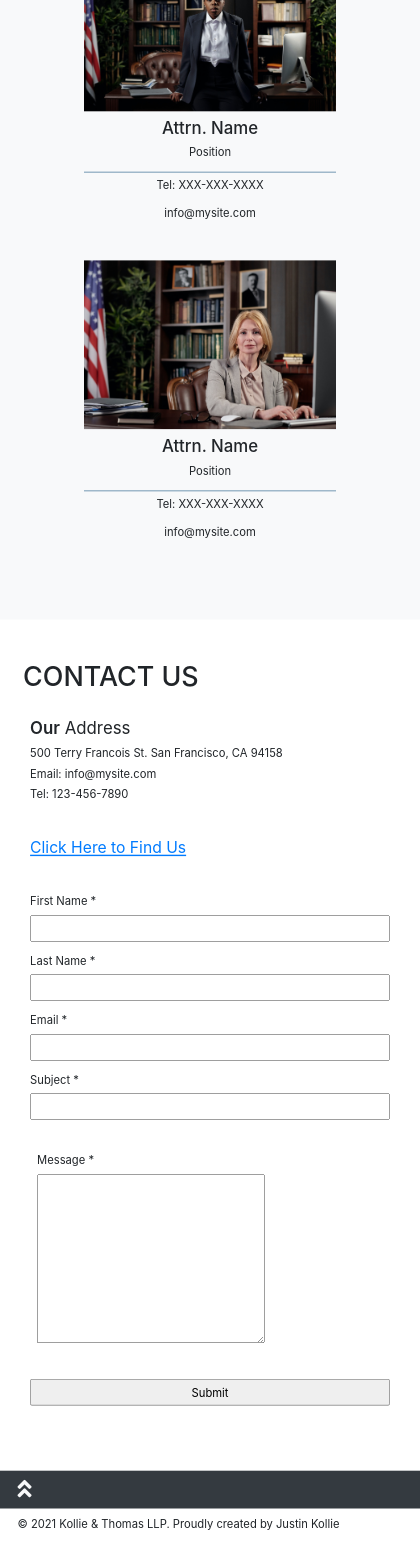
Repository: just-mann/kolllie-kolliellp
Page: index.html
The author's editor kept a copy of each file at every save. The page is drawn from the files as they stood at one save, then again after a run of saves.
The browser window is 600 px wide. The pictures show the part of the page from y = 3810 to 6050 px (the page is 6025 px tall before and 6050 px after), at 70% of full size.

Above is the page before, as saved 2021-06-02 01:06:05.

### index.html
<!DOCTYPE html>
<html lang="en">
<head>
    <meta charset="UTF-8">
    <meta name="viewport" content="width=device-width, initial-scale=1.0">
    <meta http-equiv="X-UA-Compatible" content="ie=edge">
    <meta name="Description" content="Enter your description here"/>
    <!-- Font Awesome Icons -->
    <link rel="stylesheet" href="https://cdnjs.cloudflare.com/ajax/libs/font-awesome/5.15.3/css/all.min.css" referrerpolicy="no-referrer" />
    <link rel="stylesheet" href="https://cdnjs.cloudflare.com/ajax/libs/twitter-bootstrap/4.6.0/css/bootstrap.min.css">
    <link rel="stylesheet" href="https://cdnjs.cloudflare.com/ajax/libs/font-awesome/5.15.2/css/all.min.css">
    <link rel="stylesheet" href="assets/css/utilities.css">
    <link rel="stylesheet" href="assets/css/style.css">
    <title>Kollie & Thomas LLP</title>
</head>
<body>
    <nav class="myNavbar">
        <div class="myContainer">
            <a href="#" class="myLogo"><h3>Kollie & Thomas LLP</h3></a>
            <div class="links">
                <a href="#">Home</a>
                <a href="#practiceArea">Practice Area</a>
                <a href="#ourVision">Our Vision</a>
                <a href="#ourAttorneys">Attorneys</a>
                <a href="#contact">Contact</a>
            </div>
            <i class="fas fa-bars fa-1x toggleBar"></i>
        </div>
    </nav>
    <section class="heroSection">
        <div class="myContainer">
            <h3><span>Boutique</span>Law Firm</h3>
            <p>Specializing in Commercial Law & Litigation, Insolvency & Fraud</p>
        </div>
    </section>
    <section class="practiceArea py-5 px-3" id="practiceArea">
        <div class="myContainer">
            <div class="practiceArreaDiv px-2">
                <div class="left__side">
                    <h3><span>Practice</span> Areas</h3>
                </div>
                <div class="right__side">
                    <ul>
                        <div class="left">
                            <li><h4>Litigation</h4></li>
                            <p>Lorem ipsum dolor sit amet consectetur adipisicing elit. Accusamus cumque iusto quae minima?</p>
                            <li><h4>Insolvency</h4></li>
                            <p>Lorem ipsum dolor sit amet consectetur adipisicing elit. Accusamus cumque iusto quae minima?</p>
                            <li><h4>Dispute Resolution</h4></li>
                            <p>Lorem ipsum dolor sit amet consectetur adipisicing elit. Accusamus cumque iusto quae minima?</p>
                        </div>
                        <div class="right">
                            <li><h4>Business</h4></li>
                            <p>Lorem ipsum dolor sit amet consectetur adipisicing elit. Accusamus cumque iusto quae minima?</p>
                            <li><h4>Fraud</h4></li>
                            <p>Lorem ipsum dolor sit amet consectetur adipisicing elit. Accusamus cumque iusto quae minima?</p>
                            <li><h4>Tax</h4></li>
                            <p>Lorem ipsum dolor sit amet consectetur adipisicing elit. Accusamus cumque iusto quae minima?</p>
                        </div>
                    </ul>
                </div>
            </div>
        </div>
    </section>
    <section class="ourVision" id="ourVision">
        <div class="myContainer">
            <div class="ourVisionDiv py-5">
                <h3 class="">Our Mission</h3>
                <div>
                    <p>Lorem, ipsum dolor sit amet consectetur adipisicing elit. Deleniti, libero. Voluptatem laboriosam ipsum esse sint deserunt laudantium accusamus nam veniam ad? A deserunt nostrum rerum?</p>
                </div>
                <div>
                    <p>Lorem, ipsum dolor sit amet consectetur adipisicing elit. Deleniti, libero. Voluptatem laboriosam ipsum esse sint deserunt laudantium accusamus nam veniam ad? A deserunt nostrum rerum?</p>
                </div>
                <div>
                    <p>Lorem, ipsum dolor sit amet consectetur adipisicing elit. Deleniti, libero. Voluptatem laboriosam ipsum esse sint deserunt laudantium accusamus nam veniam ad? A deserunt nostrum rerum?</p>
                </div>
            </div>
        </div>
    </section>
    <div class="parallaxImg">
        <!-- <img src="./assets/images/heroImage.jpg" alt="parallaxImg"> -->
    </div>
    <section class="ourAttorneys py-5 px-2 bg-light" id="ourAttorneys">
        <div class="myContainer">
            <h3>Our Attorneys</h3>
            <div class="attorneysDiv mx-auto">
                <div class="attCard">
                    <img src="./assets/images/attrny1.jpg" alt="att1">
                    <div class="firstDiv">
                        <h4>Justin Kollie</h4>
                        <p>Partner</p>
                    </div>
                    <div class="secondDiv">
                        <p>Tel: XXX-XXX-XXXX</p>
                        <p>info@mysite.com</p>
                    </div>
                </div>
                <div class="attCard">
                    <img src="./assets/images/attrny1.jpg" alt="att1">
                    <div class="firstDiv">
                        <h4>Mandela P. Thomas</h4>
                        <p>Partner</p>
                    </div>
                    <div class="secondDiv">
                        <p>Tel: XXX-XXX-XXXX</p>
                        <p>info@mysite.com</p>
                    </div>
                </div>
                <div class="attCard">
                    <img src="./assets/images/attrny2.jpg" alt="att2">
                    <div class="firstDiv">
                        <h4>Attrn. Name</h4>
                        <p>Position</p>
                    </div>
                    <div class="secondDiv">
                        <p>Tel: XXX-XXX-XXXX</p>
                        <p>info@mysite.com</p>
                    </div>
                </div>
                <div class="attCard">
                    <img src="/assets/images/attrny3.jpg" alt="att3">
                    <div class="firstDiv">
                        <h4>Attrn. Name</h4>
                        <p>Position</p>
                    </div>
                    <div class="secondDiv">
                        <p>Tel: XXX-XXX-XXXX</p>
                        <p>info@mysite.com</p>
                    </div>
                </div>
            </div>
        </div>
    </section>
    <section class="contact py-5 px-2" id="contact">
        <div class="myContainer">
            <div class="contactDiv">
                <div class="left__side">
                    <h3>Contact Us</h3>
                </div>
                <div class="right__side">
                    <h4><span>Our</span> Address</h4>
                    <div class="addressDiv">
                        <p>500 Terry Francois St. San Francisco, CA 94158</p>
                        <p>Email: info@mysite.com</p>
                        <p>Tel:  123-456-7890</p>
                    </div>
                    <div class="clickToFind my-4 py-4">
                        <a href="#">Click Here to Find Us</a>
                    </div>
                    <form action="">
                        <div class="left__side">
                            <div>
                                <label for="firstName">First Name *</label>
                                <input type="text" name="firstName" required>
                            </div>
                            <div>
                                <label for="lastName">Last Name *</label>
                                <input type="text" name="lastName" required>
                            </div>
                            <div>
                                <label for="email">Email *</label>
                                <input type="email" name="name" required>
                            </div>
                            <div>
                                <label for="subject">Subject *</label>
                                <input type="text" name="subject" required>
                            </div>
                        </div>
                        <div class="right__side">
                            <label for="message">Message *</label>
                            <textarea name="message" id="message" cols="30" rows="10" required></textarea>
                        </div>
                        <div>
                            <input type="submit" value="Submit">
                        </div>
                    </form>
                </div>
            </div>
        </div>
    </section>
    <section class="backUpTop bg-dark">
        <div class="myContainer">
            <i class="fas fa-angle-double-up fa-2x text-light"></i>
        </div>
    </section>
    <footer class="footer">
        <div class="myContainer">
            <p>© 2021 Kollie & Thomas LLP. Proudly created by Justin Kollie</p>
        </div>
    </footer>
    <!-- Optional Scripts -->
    <script src="assets/scripts/myScript.js"></script>
    <script src="https://cdnjs.cloudflare.com/ajax/libs/jquery/3.5.1/jquery.slim.min.js"></script>
    <script src="https://cdnjs.cloudflare.com/ajax/libs/popper.js/1.16.1/umd/popper.min.js"></script>
    <script src="https://cdnjs.cloudflare.com/ajax/libs/twitter-bootstrap/4.6.0/js/bootstrap.min.js"></script>
</body>
</html>

### assets/css/utilities.css
:root {
    --primaryColor: #0a6880;
}

a {
    text-decoration: none;
}

a:hover {
    text-decoration: none;
}

ul li {
    list-style-type: square;
}

.myContainer {
    max-width: 900px;
    margin: 0 auto;
    padding: 10px 25px;
}

### assets/css/style.css
* {
    padding: 0;
    margin: 0;
    box-sizing: border-box;
}

html {
    scroll-behavior: smooth;
}

body {
    /* background-color: rgb(255, 255, 255); */
}

/* Navbar */
.myNavbar {
    padding: 10px 0px;
    background-color: #ffffff;
}

.myNavbar .myContainer {
    display: flex;
    justify-content: space-between;
    align-items: center;
}

.myNavbar .myContainer .myLogo h3 {
    font-size: 1.5em;
}

.myNavbar .myContainer .links {
    display: flex;
    justify-content: center;
    align-items: center;
}

.toggleBar {
    font-size: 1.6em;
    display: none;
    transition: cursor 0.6s;
}

.toggleBar:hover {
    cursor: pointer;
}

.ourVision {
    background-color: var(--primaryColor);
    color: white;
    /* padding: 30px 10px; */
}

.ourVisionDiv h3 {
    font-weight: 400;
    font-size: 2.6rem;
    text-align: left;
    margin-bottom: 25px;
    /* margin: 40px auto; */
}

.ourVisionDiv p {
    font-weight:300;
    font-size: 1.2rem;
    line-height: 2rem;
}

.parallaxImg {
    background-image: url('../images/parallaxImg.jpg');
    min-height: 500px;
    background-attachment: fixed;
    background-position: center;
    background-origin: center;
    background-repeat: no-repeat;
    background-size: cover;
}

.parallaxImg img {
    width: 100%;
}

.contactDiv .left__side h3 {
    font-weight: 450;
}

.contactDiv .right__side h4 {
    font-weight: 400;
}

.contactDiv .right__side h4 span {
    font-weight: 600;
}

.contactDiv .right__side .addressDiv p {
    font-size: 1rem;
    font-weight: 400;
    margin: 5px 0px;
}

.contactDiv .right__side .clickToFind a {
    text-decoration: underline;
    font-size: 1.4rem;
}

@media screen and (max-width: 700px) {
    .myNavbar .myContainer .links {
        display: none;
    }

    .toggleBar {
        display: block;
    }

    .heroSection {
        position: relative;
        height: 75vh;
        display: flex;
        justify-content: center;
        align-items: center;
        background-color: #ffffff;
        background: url('../images/heroImage.jpg') no-repeat center center / cover;
    }

    .heroSection .myContainer * {
        z-index: 100;
    }

    .heroSection::before {
        position: absolute;
        content: "";
        top: 45;
        bottom: 40;
        right: 0;
        background: rgba(8, 54, 66, 0.6);
        width: 97%;
        height: 80%;
        z-index: 0;
    }

    .heroSection .myContainer h3 span {
        color: white;
        font-size: 3rem;
        font-weight: 600;
        text-transform: uppercase;
        display: block;
    }

    .heroSection .myContainer h3 {
        color: white;
        font-size: 2rem;
        text-transform: uppercase;
    }

    .heroSection .myContainer p {
        color: white;
    }

    .left__side h3 span {
        font-size: 2.5rem;
        text-transform: uppercase;
        display: block;
        font-weight: 600;
    }

    .left__side h3 {
        font-size: 2.4rem;
        text-transform: uppercase;
        font-weight: 300;
    }

    .right__side {
        padding: 30px 10px;
        /* background-color: white; */
    }

    .parallaxImg {
        background-image: url('../images/parallaxImg.jpg');
        min-height: 500px;
        background-attachment: scroll;
        background-position: center;
        background-repeat: no-repeat;
        background-size: cover;
    }

    .attorneysDiv {
        grid-template-columns: 1fr;
        width: 100%;
        margin: 0 auto;
    }

    .ourAttorneys .myContainer h3 {
        text-align: center;
        font-size: 2.8em;
        font-weight: 350;
        margin-bottom: 25px;
    }

    .attCard {
        width: 75%;
        padding: 0px 20px;
        margin: 0px auto 35px auto;
        /* text-align: center; */
    }

    .attCard img {
        min-height: 200px;
        width: 100%;
    }

    .attCard .firstDiv {
        padding: 10px 0px 0px 0px;
        text-align: center;
        border-bottom: 2px solid #6991ac9d;
    }

    .secondDiv {
        text-align: center;
        padding: 5px 0px;
    }

    form {
        /* background: pink; */
        max-width: 100%;
    }

    form div {
        margin: 15px 0px 5px 0px;
        max-width: 100%;
    }

    form div label, form div input {
        width: 100%;
    }

    form div input {
        padding: 5px 10px;
    }





}

### assets/scripts/myScript.js
console.log('It works');

After the next 2 saves:
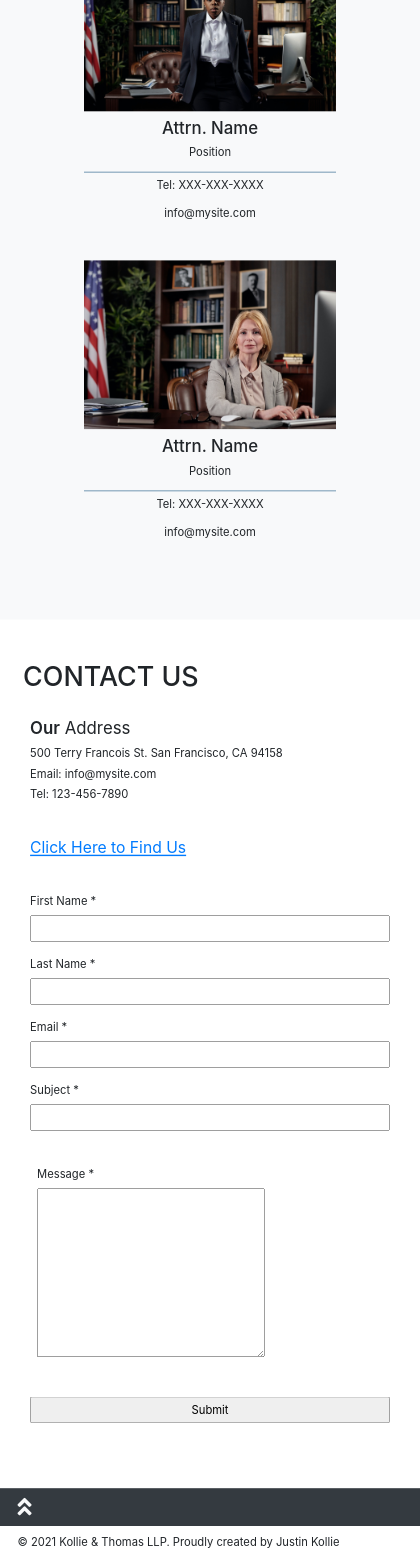
The 2 saves are shown as one change because they came seconds apart.
The last was saved 3 min 21 s later.
--- a/assets/css/style.css
+++ b/assets/css/style.css
@@ -223,7 +223,7 @@ body {
     }
 
     form div {
-        margin: 15px 0px 5px 0px;
+        margin: 20px 0px 5px 0px;
         max-width: 100%;
     }
 
